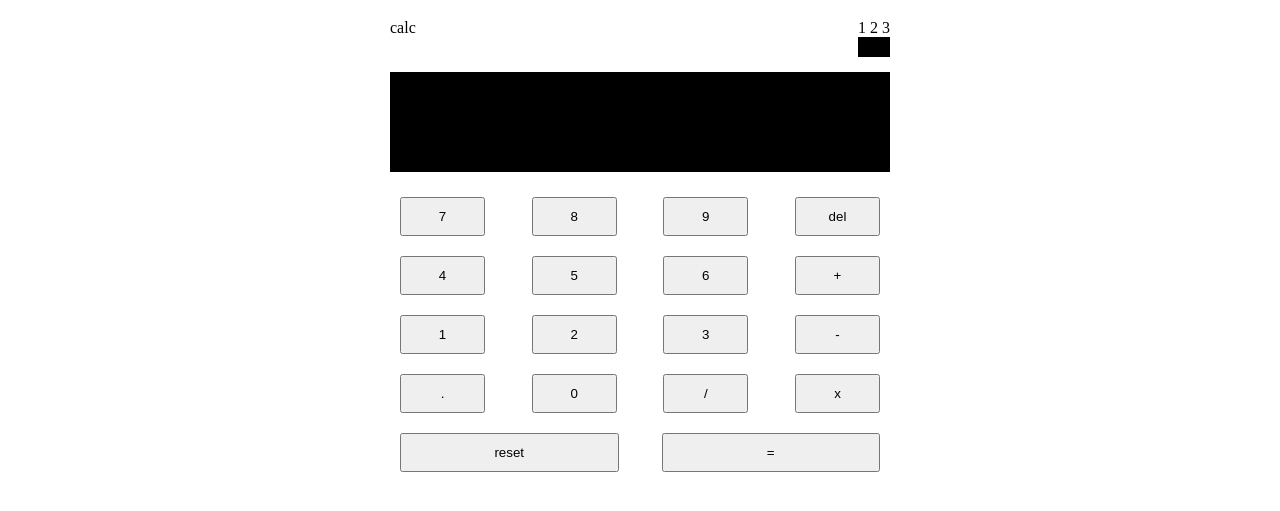
Repository: Eugene44-hub/basic-calculator
Page: index.html
These files come from the project's save history. The page is drawn as it stood at one moment and after the next save; the edit follows.
The browser window is 1280 px wide. The pictures show the whole page.

Above is the page before, as saved 2021-10-02 02:18:01.
Console error: SyntaxError: Unexpected end of input

After the next save:
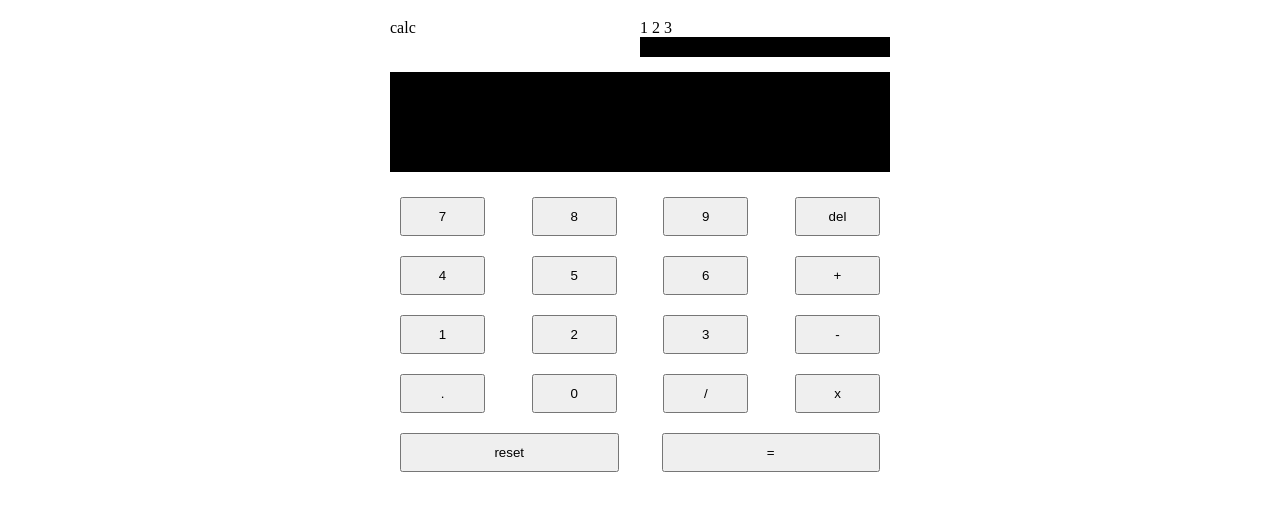
Saved 26 s later.
--- a/style.css
+++ b/style.css
@@ -27,9 +27,7 @@
     flex: 50%;
 }
 
-.number-toggle {
-    float: right;
-}
+.number-toggle {}
 
 span {
     flex: 30%;

After the save that followed:
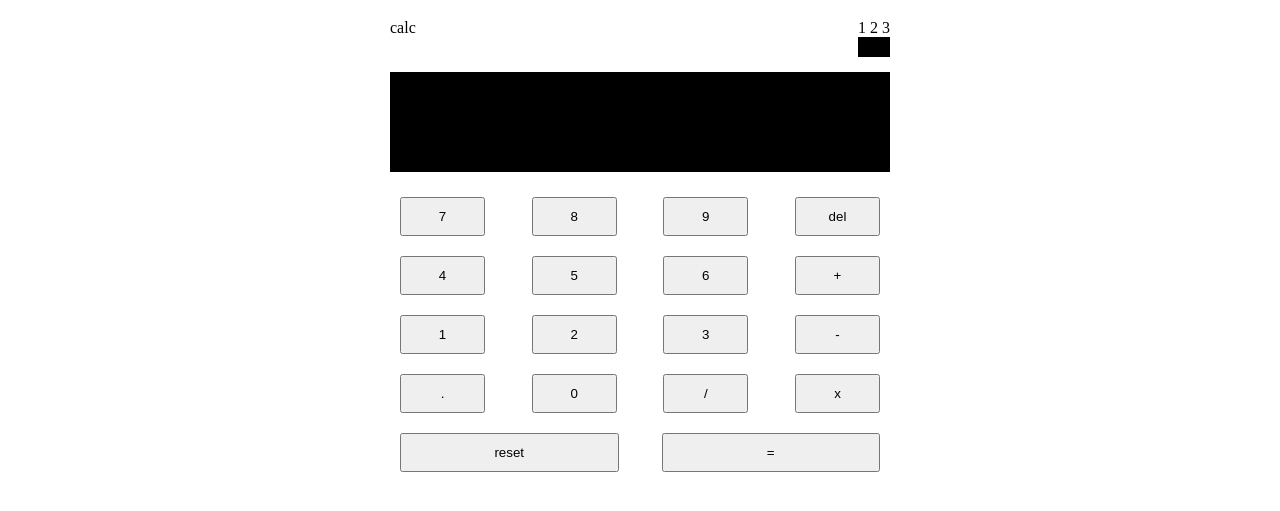
Saved 42 s later.
--- a/style.css
+++ b/style.css
@@ -27,7 +27,9 @@
     flex: 50%;
 }
 
-.number-toggle {}
+.number-toggle {
+    float: right;
+}
 
 span {
     flex: 30%;
